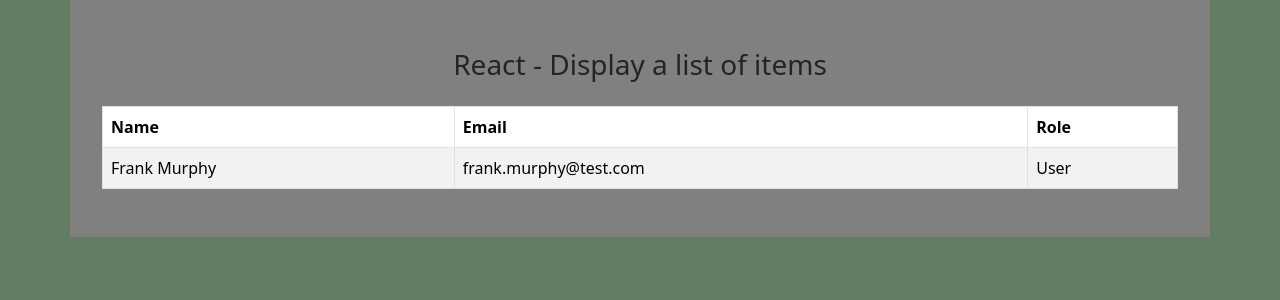
Repository: ryangen97/TT4_Group12
Page: / (app in dbsseed/)
An editor plug-in stored every save of this project. The page is shown before and after the next save, followed by the edit.
The browser window is 1280 px wide. The pictures show the whole page.
The project was rebuilt for these pictures with package versions that can differ from the ones it lists, and the page was loaded fresh each time. Also part of the build but not shown: dbsseed/src/Login.js.

Above is the page before, as saved 2021-05-07 12:33:16.

### dbsseed/src/App.js
import TranscationHistory from "./transactionhistory"
import Login from "./Login.js"

function App() {

  return (
    <div className="Login">
      <TranscationHistory/>
    </div>
  );
}

export default App;

### dbsseed/src/transactionhistory.js
import React, { useState } from 'react';

function TransactionHistory() {
    const [users, setUsers] = useState([
        { id: 1, firstName: 'Frank', lastName: 'Murphy', email: 'frank.murphy@test.com', role: 'User' },
    ]);

    return (
        <div className="container">
            <h3 className="p-3 text-center">React - Display a list of items</h3>
            <table className="table table-striped table-bordered">
                <thead>
                    <tr>
                        <th>Name</th>
                        <th>Email</th>
                        <th>Role</th>
                    </tr>
                </thead>
                <tbody>
                    {users && users.map(user =>
                        <tr key={user.id}>
                            <td>{user.firstName} {user.lastName}</td>
                            <td>{user.email}</td>
                            <td>{user.role}</td>
                        </tr>
                    )}
                </tbody>
            </table>
        </div>
    );
}

export default TransactionHistory;

### dbsseed/src/App.css
.App {
  text-align: center;
}

.App-logo {
  height: 40vmin;
  pointer-events: none;
}

@media (prefers-reduced-motion: no-preference) {
  .App-logo {
    animation: App-logo-spin infinite 20s linear;
  }
}

.App-header {
  background-color: #282c34;
  min-height: 100vh;
  display: flex;
  flex-direction: column;
  align-items: center;
  justify-content: center;
  font-size: calc(10px + 2vmin);
  color: white;
}

.App-link {
  color: #61dafb;
}

@keyframes App-logo-spin {
  from {
    transform: rotate(0deg);
  }
  to {
    transform: rotate(360deg);
  }
}

.container {
  background-color: gray;
  padding: 2rem;
}

.content {
  background-color: white;
  padding: .5rem;
}

#app {
  font-family: 'Open Sans', sans-serif;

  .table {
    margin: 1em;
    display: flex;
    flex-direction: column;

    .header, .row {
      display: flex;

      div {
        flex: 1;
        padding: 0.2rem 0.4em;
        border: 1px solid rgb(238, 238, 238);
      }
    }

    .header {
      background-color: rgb(238, 238, 238);
      div {
        cursor: pointer;
      }
    }
  }
}

### dbsseed/src/Login.css
* {
  margin: 0;
  padding: 0;
}

body {
  background: #637d63;
}

.App {
  font-family: sans-serif;
  text-align: center;
}

.form {
  max-width: 330px;
  margin: 0 auto;
  display: flex;
  flex-direction: column;
  background: white;
  padding: 20px;
  margin-top: 30px;
}

.form .form__custom-button {
  margin-top: 50px;
}

Loaded but not shown: dbsseed/public/index.html (common file); dbsseed/src/index.js (common file); dbsseed/src/index.css (common file)

After the next save:
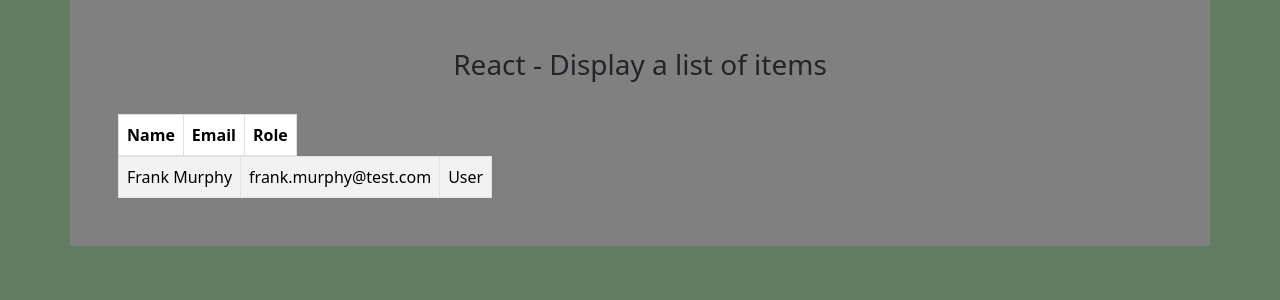
Saved 18 s later.
--- a/dbsseed/src/App.css
+++ b/dbsseed/src/App.css
@@ -47,29 +47,25 @@
   padding: .5rem;
 }
 
-#app {
-  font-family: 'Open Sans', sans-serif;
+.table {
+  margin: 1em;
+  display: flex;
+  flex-direction: column;
 
-  .table {
-    margin: 1em;
+  .header, .row {
     display: flex;
-    flex-direction: column;
 
-    .header, .row {
-      display: flex;
+    div {
+      flex: 1;
+      padding: 0.2rem 0.4em;
+      border: 1px solid rgb(238, 238, 238);
+    }
+  }
 
-      div {
-        flex: 1;
-        padding: 0.2rem 0.4em;
-        border: 1px solid rgb(238, 238, 238);
-      }
-    }
-
-    .header {
-      background-color: rgb(238, 238, 238);
-      div {
-        cursor: pointer;
-      }
+  .header {
+    background-color: rgb(238, 238, 238);
+    div {
+      cursor: pointer;
     }
   }
 }

After the save that followed:
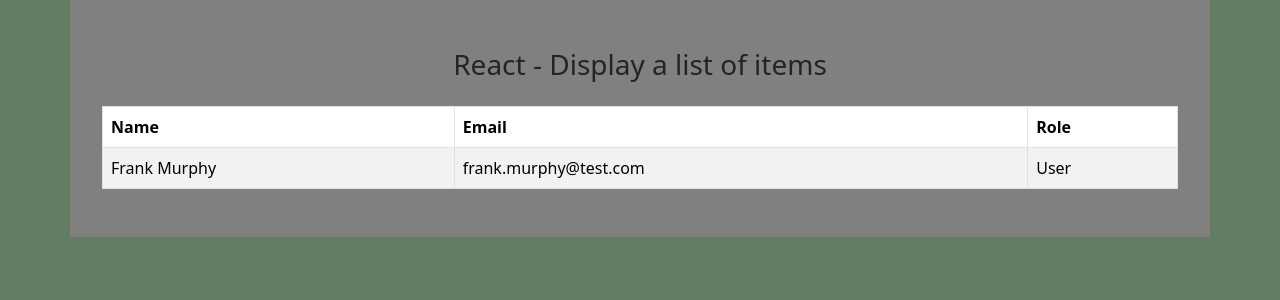
Saved 9 s later.
--- a/dbsseed/src/App.css
+++ b/dbsseed/src/App.css
@@ -46,26 +46,3 @@
   background-color: white;
   padding: .5rem;
 }
-
-.table {
-  margin: 1em;
-  display: flex;
-  flex-direction: column;
-
-  .header, .row {
-    display: flex;
-
-    div {
-      flex: 1;
-      padding: 0.2rem 0.4em;
-      border: 1px solid rgb(238, 238, 238);
-    }
-  }
-
-  .header {
-    background-color: rgb(238, 238, 238);
-    div {
-      cursor: pointer;
-    }
-  }
-}
